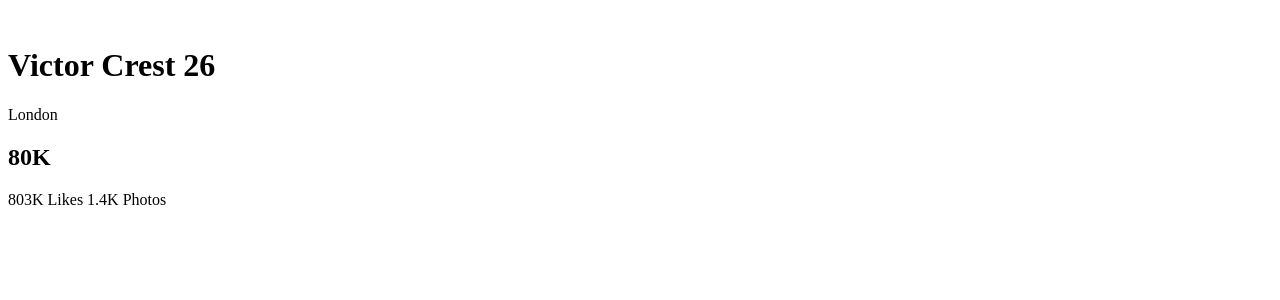
Repository: shayanabedi98/profile-card-component
Page: index.html
These files come from the project's save history. The page is drawn as it stood at one moment and after the next save; the edit follows.
The browser window is 1280 px wide. The pictures show the whole page.

Above is the page before, as saved 2023-09-27 11:47:16.

### index.html
<!DOCTYPE html>
<html lang="en">
<head>
  <meta charset="UTF-8">
  <meta name="viewport" content="width=device-width, initial-scale=1.0">
  <link rel="icon" type="image/png" sizes="32x32" href="./images/favicon-32x32.png">
  <link rel="stylesheet" href="./styles.css">
  <title>Frontend Mentor | Profile card component</title>

</head>
<body>
  <div class="grid-container">
    <div class="card">
      <div class="banner">
      </div>
      <div class="profile">
        <img src="" alt="">
        <h1>Victor Crest <span>26</span></h1>
        <p>London</p>
      </div>
      <div class="stats">
        <h2>80K</h2>
      </div>
    </div>
  </div>


  803K
  Likes

  1.4K
  Photos
  <div class="attribution">
  </div>
</body>
</html>

Loaded but not shown: styles.css (no stored copy; drawn as an empty file)

After the next save:
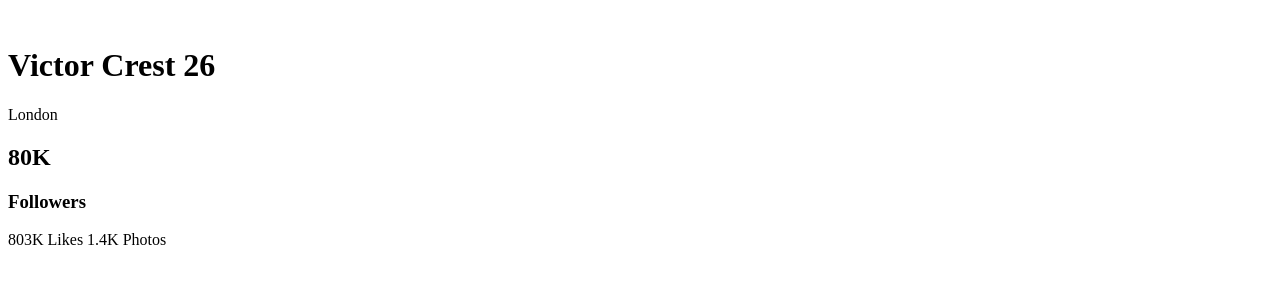
Saved 59 s later.
--- a/index.html
+++ b/index.html
@@ -19,7 +19,10 @@
         <p>London</p>
       </div>
       <div class="stats">
-        <h2>80K</h2>
+        <div class="stat-one">
+          <h2>80K</h2>
+          <h3>Followers</h3>
+        </div>
       </div>
     </div>
   </div>
